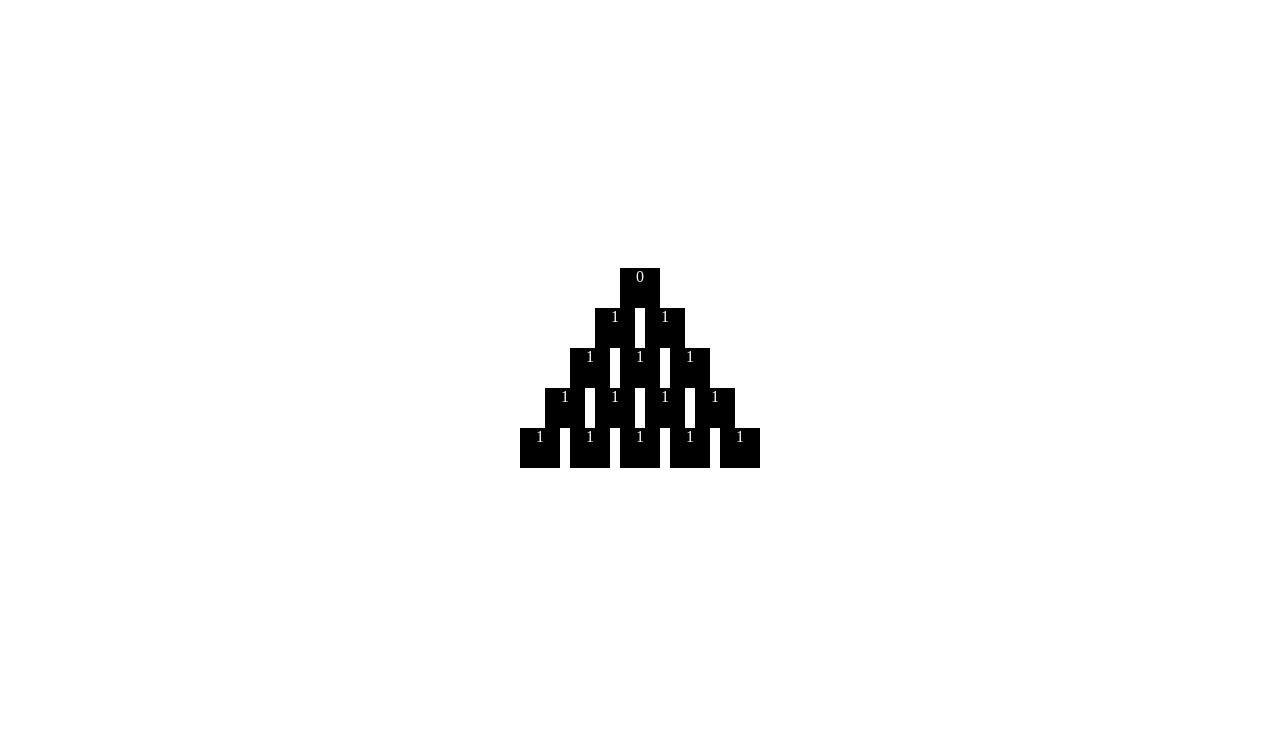
Repository: Yash19075/Mathematical-Peg-game
Page: Peg-game.html
An editor plug-in stored every save of this project. The page is shown before and after the next save, followed by the edit.
The browser window is 1280 px wide. The pictures show the whole page.

Above is the page before, as saved 2025-03-15 11:59:27.

After the next save:
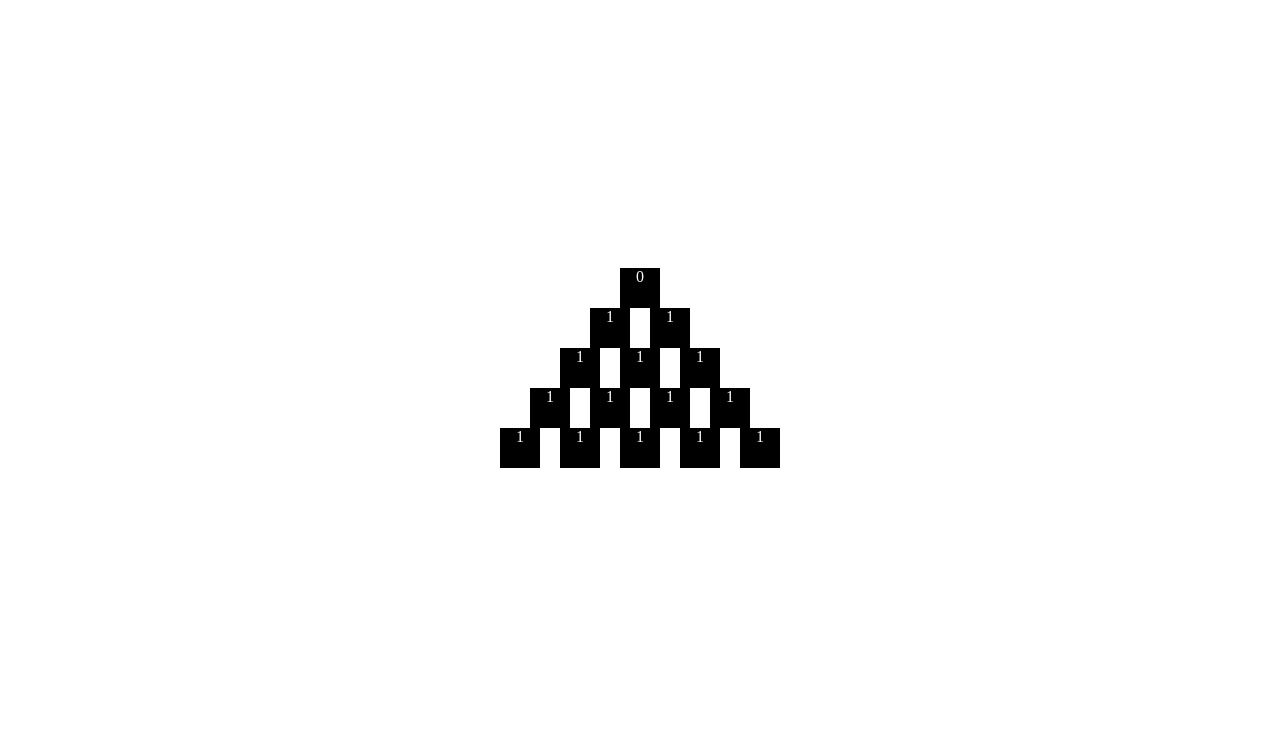
Saved 11 s later.
--- a/Peg-game.css
+++ b/Peg-game.css
@@ -7,7 +7,7 @@ body {
 
 .row {
     display: flex;
-    gap: 10px;
+    gap: 20px;
     justify-content: center;
 }
 
